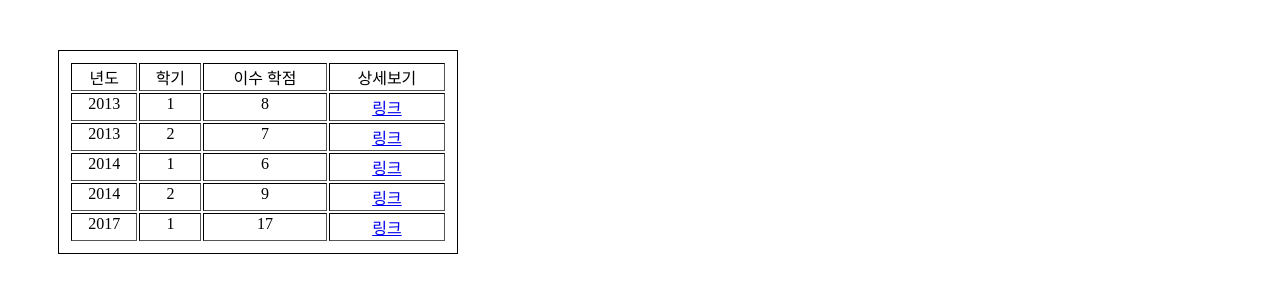
Repository: BinSin/webhomework
Page: http://localhost/homework/WEB-INF/views/gradecheck.jsp
These files come from the project's save history. The page is drawn as it stood at one moment and after the next save; the edit follows.
The browser window is 1280 px wide. The pictures show the whole page.
The page is served by Tomcat 9. Nobody is signed in. The template is opened directly, without the code that normally fills it, so the values that code supplies are empty.

Above is the page before, as saved 2017-12-03 11:55:46.

After the next save:
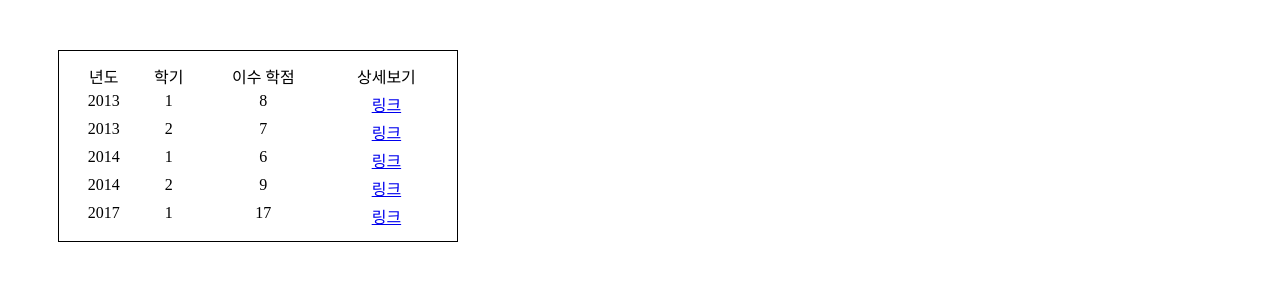
Saved 69 s later.
--- a/homework/src/main/webapp/WEB-INF/views/gradecheck.jsp
+++ b/homework/src/main/webapp/WEB-INF/views/gradecheck.jsp
@@ -12,7 +12,7 @@
 </head>
 <body>
 
-	<table class="formtable" border="1">
+	<table class="formtable">
 		<tr>
 			<td class="label">년도</td>
 			<td class="label">학기</td>
